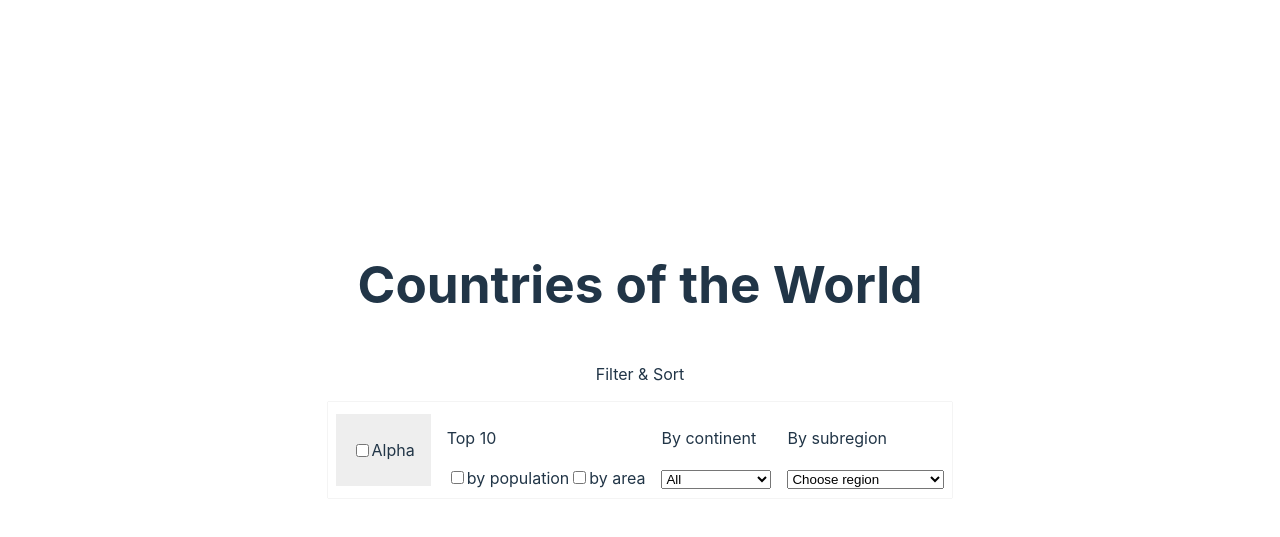
Repository: SamanthaYan298/my_countries
Page: /
The author's editor kept a copy of each file at every save. The page is drawn from the files as they stood at one save, then again after the next save.
The browser window is 1280 px wide. The pictures show the whole page.
The project was rebuilt for these pictures with package versions that can differ from the ones it lists, and the page was loaded fresh each time. Also part of the build but not shown: vite.config.js.

Above is the page before, as saved 2024-11-04 17:10:04.

After the next save:
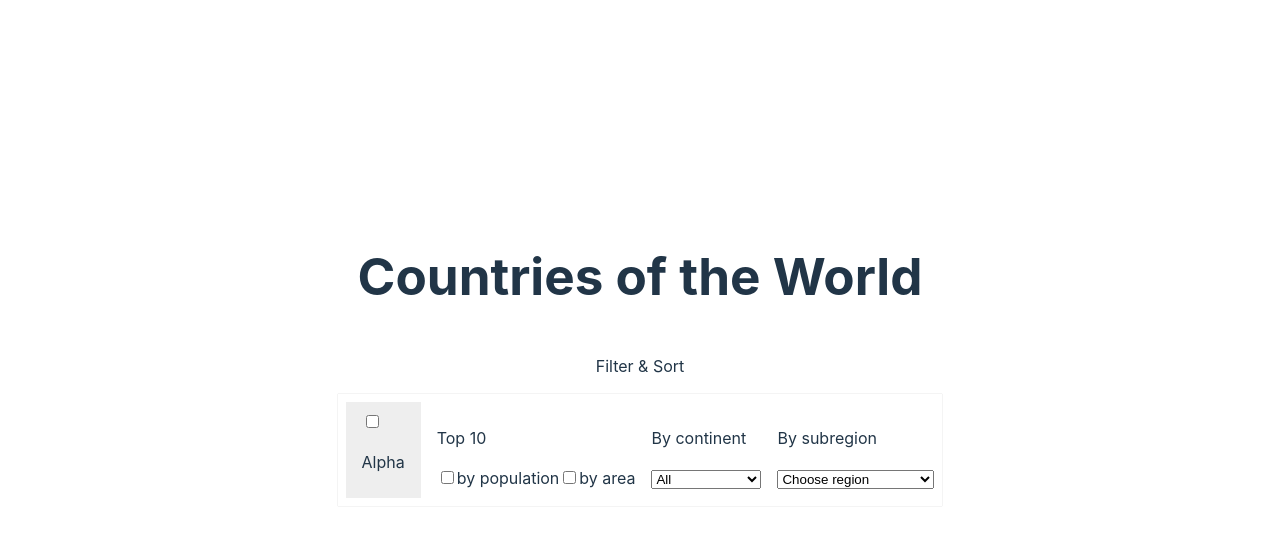
Saved 23 s later.
--- a/src/App.css
+++ b/src/App.css
@@ -21,10 +21,6 @@
 }
 
 .alpha {
-  display: flex;
-  flex-direction: row;
-  align-items: center;
-  text-align: center;
   padding: 0.5rem 1rem;
   background-color: rgb(238, 238, 238);
 }

After the 2 saves that followed:
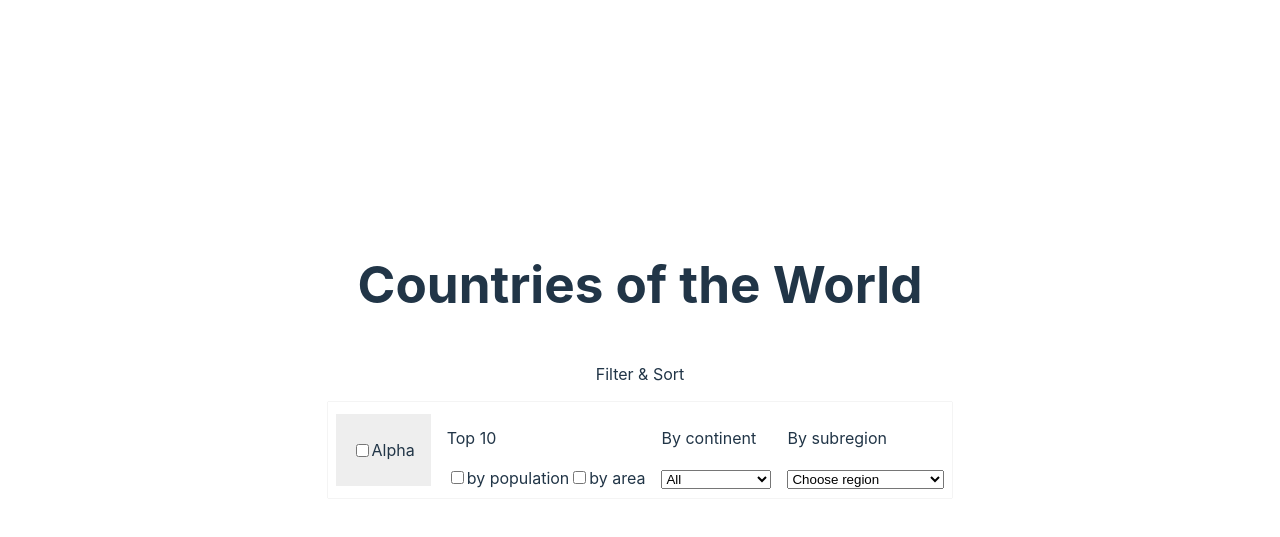
The 2 saves are shown as one change because they came seconds apart.
The last was saved 21 s later.
--- a/src/App.css
+++ b/src/App.css
@@ -21,6 +21,10 @@
 }
 
 .alpha {
+  display: flex;
+  flex-direction: row;
+  align-items: center;
+  text-align: center;
   padding: 0.5rem 1rem;
   background-color: rgb(238, 238, 238);
 }
